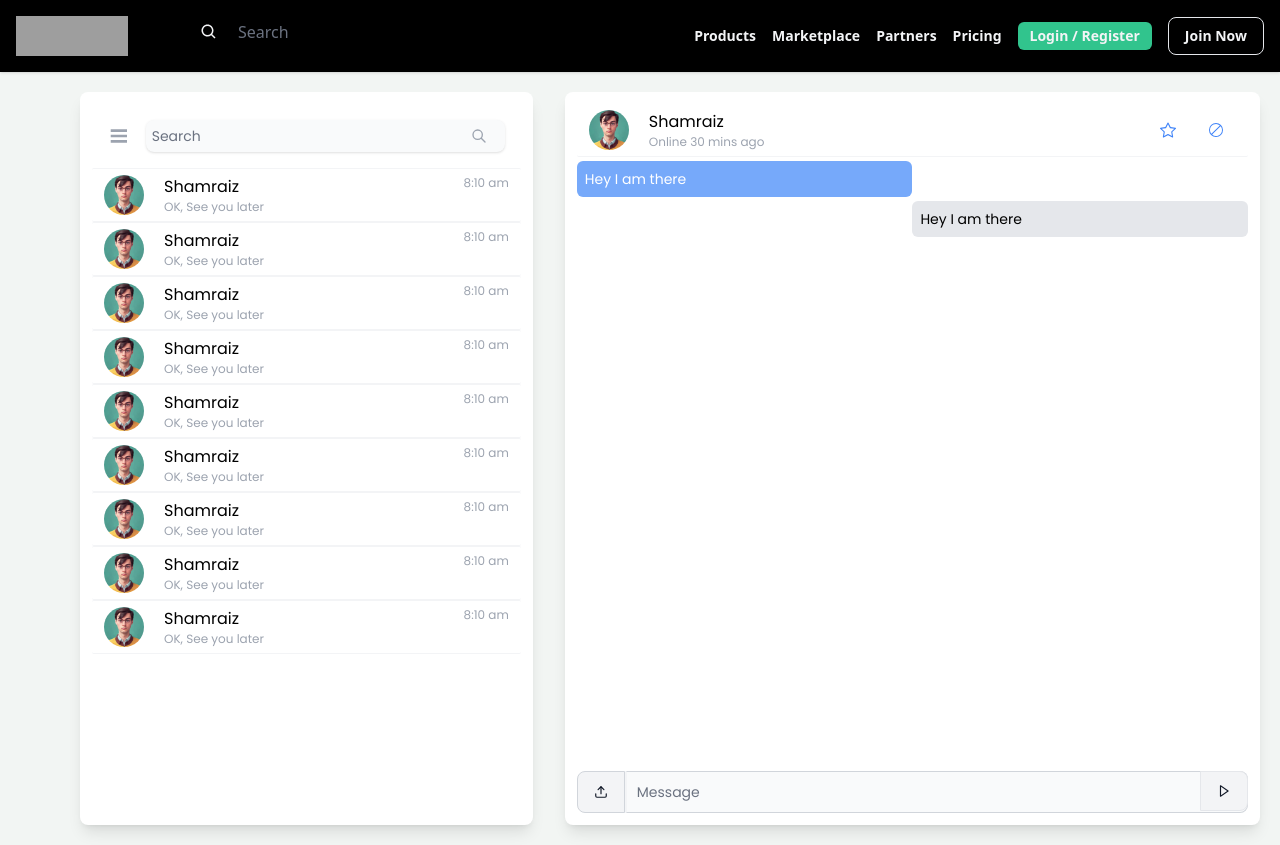
Repository: Shamraiz761/Frontend-Assessment
Page: /chat
These files come from the project's save history. The page is drawn as it stood at one moment and after the next save; the edit follows.
The browser window is 1280 px wide. The pictures show the whole page.
Pictures or frames that could not be fetched are drawn as grey boxes. The project was rebuilt for these pictures with package versions that can differ from the ones it lists, and the page was loaded fresh each time. Also part of the build but not shown: vite.config.js, src/routes/index.css, src/routes/root.jsx, src/pages/orders/index.jsx, src/pages/submission/index.jsx, src/pages/admin/index.css, src/components/admin/card.jsx, src/components/admin/addCard.jsx and 4 more. Imported but missing from the stored project, and not drawn on this page: src/pages/auth/login, src/pages/tasks, src/routes/profileLayout.

Above is the page before, as saved 2023-07-06 14:05:03.

### src/main.jsx
import ReactDOM from 'react-dom/client'

import React from 'react'

import App from './App.jsx'
import './index.css'

ReactDOM.createRoot(document.getElementById('root')).render(
  <React.StrictMode>
    <App />
  </React.StrictMode>,
)

### src/App.jsx
import React from 'react'
import { DndProvider } from 'react-dnd'
import { HTML5Backend } from 'react-dnd-html5-backend'
import 'flowbite'

import AppRoutes from './routes'

export default function App() {
  return (
    <DndProvider backend={HTML5Backend}>
      <AppRoutes />
    </DndProvider>
  )
}

### src/index.css
@import url("https://fonts.googleapis.com/css2?family=Poppins:wght@400;500;600;700;800;900&display=swap");

@tailwind base;
@tailwind components;
@tailwind utilities;

* {
  margin: 0;
  padding: 0;
}

body {
  margin: 0;
  font-family: "Poppins", -apple-system, BlinkMacSystemFont, "Segoe UI",
    "Roboto", "Oxygen", "Ubuntu", "Cantarell", "Fira Sans", "Droid Sans",
    "Helvetica Neue", sans-serif;
  -webkit-font-smoothing: antialiased;
  -moz-osx-font-smoothing: grayscale;
  width: 100vw;
  overflow-x: hidden;
  background-color: #f2f5f3;
  /* background: linear-gradient(180deg, #faefe8 0%, #edc7ac 100%); */
}

code {
  font-family: source-code-pro, Menlo, Monaco, Consolas, "Courier New",
    monospace;
}

.pointer-cursor {
  cursor: pointer;
}

.cusBorder {
  border: 1px solid #000;
  border-radius: 5px;
}

img {
  cursor: pointer;
}
.errors {
  color: #dc3545;
  padding: 0;
  margin: 0;
  font-size: 12px;
}
.loader {
  position: fixed;
  top: 0;
  bottom: 0;
  left: 0;
  right: 0;
  background-color: rgba(47, 151, 161, 0.32);

  display: flex;
  justify-content: center;
  align-items: center;
}

.link {
  color: #000;
  cursor: pointer;
  text-decoration: none;
}
.link:hover {
  color: #000;
}

.trans-btn {
  background-color: transparent;
  border: none;
}
.profile-logout-btn {
  border: 0;
}
.profile-logout-btn:hover {
  border: 0;
}
.profile-btn {
  border-radius: 0;
  border: 0;
}
.logout-btn {
  border-radius: 0;
  border: 0;
}
.logout-btn:hover {
  background-color: rgba(220, 53, 69, 0.5);
  border: 0;
  color: #fff;
}
.breadcrumbs ul {
  list-style: none;
  display: inline-block;
}

.breadcrumbs ul li {
  display: inline;
}

.breadcrumbs ul li .bc-link {
  /* display: block; */
  width: max-content;
  background-color: #f8f9fa;
  padding: 6px 15px 6px 25px;
  text-align: center;
  position: relative;
  margin: 0 10px 0 0;
  font-size: 15px;
  text-decoration: none;
  color: #000;
}
.breadcrumbs ul li .bc-link::after {
  content: "";
  border-top: 17px solid transparent;
  border-bottom: 17px solid transparent;
  border-left: 17px solid #f8f9fa;
  position: absolute;
  top: 0;
  right: -17px;
  z-index: 1;
}
.breadcrumbs ul li .bc-link::before {
  content: "";
  border-top: 17px solid transparent;
  border-bottom: 17px solid transparent;
  border-left: 17px solid #71cdd5;
  position: absolute;
  top: 0;
  left: 0;
}
.breadcrumbs ul li:first-child .bc-link {
  border-top-left-radius: 5px;
  border-bottom-left-radius: 5px;
}
.breadcrumbs ul li:first-child .bc-link::before {
  display: none;
}

.breadcrumbs ul li:last-child .bc-link {
  padding-right: 20px;
  border-top-right-radius: 5px;
  border-bottom-right-radius: 5px;
}
.breadcrumbs ul li:last-child .bc-link::after {
  display: none;
}

@media screen and (max-width: 500px) {
  .breadcrumbs ul li .bc-link {
    /* display: block; */
    padding: 2px 2px 2px 13px;
    /* margin: 0 10px 0 0; */
    font-size: 14px;
  }

  .breadcrumbs ul li .bc-link::after {
    content: "";
    border-top: 11.6px solid transparent;
    border-bottom: 11.6px solid transparent;
    border-left: 11.6px solid #f8f9fa;
    position: absolute;
    top: 0;
    right: -11.6px;
    z-index: 1;
  }
  .breadcrumbs ul li .bc-link::before {
    content: "";
    border-top: 11.6px solid transparent;
    border-bottom: 11.6px solid transparent;
    border-left: 11.6px solid #71cdd5;
    position: absolute;
    top: 0;
    left: 0;
  }
  .breadcrumbs ul li:last-child .bc-link {
    padding-right: 5px;
  }
}

@media screen and (max-width: 350px) {
  .breadcrumbs ul li .bc-link {
    /* display: block; */
    padding: 2px 2px 2px 12px;
    /* margin: 0 10px 0 0; */
    font-size: 10px;
  }

  .breadcrumbs ul li .bc-link::after {
    content: "";
    border-top: 9px solid transparent;
    border-bottom: 9px solid transparent;
    border-left: 9px solid #f8f9fa;
    position: absolute;
    top: 0;
    right: -9px;
    z-index: 1;
  }
  .breadcrumbs ul li .bc-link::before {
    content: "";
    border-top: 9px solid transparent;
    border-bottom: 9px solid transparent;
    border-left: 9px solid #edc7ac;
    position: absolute;
    top: 0;
    left: 0;
  }
  .breadcrumbs ul li:last-child .bc-link {
    padding-right: 5px;
  }
}

/* ********************************************** */

### src/routes/index.jsx
import {
  createBrowserRouter,
  createRoutesFromElements,
  RouterProvider,
  Route,
} from "react-router-dom";

import * as React from "react";

import Layout from "./layout";
import Root from "./root";

import Login from "../pages/auth/login";
import Chat from "../pages/chat";
import UserChat from "../components/chat/userChat";
import ProfileLayout from "./profileLayout";
import Tasks from "../pages/tasks";
import Orders from "../pages/orders";
import Submission from "../pages/submission";
import Admin from "../pages/admin";
import MarketPlace from "../pages/marketplace";
import View from "../pages/view";

export default function AppRoutes() {
  const router = createBrowserRouter(
    createRoutesFromElements(
      <Route>
        <Route path="/login" element={<Login />} />

        <Route element={<Layout />}>
          <Route path="/chat" element={<Chat />}>
            <Route path="userchat" element={<UserChat />} />
          </Route>
          <Route path="/marketplace" element={<MarketPlace />} />
          <Route path="/view" element={<View />} />

          <Route path={"/"} element={<ProfileLayout />}>
            {/* Add Task order payment submit route here */}
            <Route path="/admin" element={<Admin />} />
            <Route path="/" element={<Tasks />} />
            <Route path="/orders" element={<Orders />} />
            <Route path="/tasks" element={<Tasks />} />
            <Route path="/submission" element={<Submission />} />
          </Route>
        </Route>
      </Route>
    )
  );

  return <RouterProvider router={router} />;
}

### src/routes/layout.jsx
import { Link, Outlet, useLocation, useNavigate } from "react-router-dom";
import { Gi3DGlasses } from "react-icons/gi";
import { CgProfile } from "react-icons/cg";
import { BsArrowLeft, BsFillChatSquareTextFill } from "react-icons/bs";
import { MdOutlineDashboard, MdOutlineCastForEducation } from "react-icons/md";
import "./index.css";

import React, { useState } from "react";
import Header from "../components/header/index";

export default function Layout() {
  const [open, setOpen] = useState(false);
  const [type, setType] = useState(false);
  const navigate = useNavigate();

  const { pathname } = useLocation();

  const sc =
    "rounded-md text-xs flex items-center gap-x-4 cursor-pointer bg-gray-50 text-blue-500 py-4 p-2";
  const uc =
    "rounded-md text-gray-500  text-xs flex items-center gap-x-4 cursor-pointer hover:bg-gray-50 hover:text-blue-500 py-4 p-2";

  return (
    <div>
      <Header />

      <div className={`${open ? "ml-56" : "ml-[60px]"}`}>
        <Outlet />
      </div>
    </div>
  );
}

### src/pages/chat/index.jsx
import { VscThreeBars } from "react-icons/vsc";

import React from "react";

import UserChat from "../../components/chat/userChat";
import ChatsCard from "../../components/chat/chatsCard";

function Chat() {
  return (
    <div className="m-5 grid grid-cols-1 md:grid-cols-5  gap-8 flex-wrap">
      <div className="col-span-1 md:col-span-2 p-3 bg-white rounded-lg shadow-lg min-h-screen">
        <form className="m-4">
          <div className="flex items-center">
            <VscThreeBars className=" mr-4   rounded-lg text-gray-400 cursor-pointer text-2xl" />
            <div className="relative w-full  ">
              <input
                type="search"
                id='location-search"'
                className=" p-1.5 w-full focus:ring-gray-300  z-20 text-sm text-gray-200 bg-gray-50 shadow rounded-lg"
                placeholder="Search"
                required
                style={{ border: "none", outline: "none" }}
              />

              <button
                type="submit"
                className="absolute top-0 right-0 p-1.5 text-sm font-medium text-gray-400  rounded-r-lg   "
              >
                <svg
                  aria-hidden="true"
                  className="w-4 h-4 mr-3 mt-0.5"
                  fill="none"
                  stroke="currentColor"
                  viewBox="0 0 24 24"
                  xmlns="http://www.w3.org/2000/svg"
                >
                  <path
                    strokeLinecap="round"
                    strokeLinejoin="round"
                    strokeWidth={2}
                    d="M21 21l-6-6m2-5a7 7 0 11-14 0 7 7 0 0114 0z"
                  />
                </svg>
                <span className="sr-only">Search</span>
              </button>
            </div>
          </div>
        </form>
        <ChatsCard />
        <ChatsCard />
        <ChatsCard />
        <ChatsCard />
        <ChatsCard />
        <ChatsCard />
        <ChatsCard />
        <ChatsCard />
        <ChatsCard />
      </div>

      <UserChat />
    </div>
  );
}

export default Chat;

### src/components/chat/userChat.jsx
import { VscCircleSlash } from "react-icons/vsc";
import { BsStar } from "react-icons/bs";
import { FiUpload } from "react-icons/fi";
import { BiRightArrow } from "react-icons/bi";

import React from "react";

import Profile from "../../assets/images/profilePic.jpg";

function UserChat() {
  return (
    <div className="col-span-1 md:col-span-3 p-3  bg-white rounded-lg shadow-lg overflow-y">
      {" "}
      <div className="flex flex-row  px-3 py-1.5  border-b border-gray-100 rounded-sm ">
        <img src={Profile} className="h-10 w-10 rounded-full" />
        <div className="ml-5 flex flex-row justify-between w-full ">
          <div>
            {" "}
            <h1>Shamraiz</h1>{" "}
            <p className="text-xs font-thin text-gray-400">
              Online 30 mins ago
            </p>
          </div>
          <div className="flex flex-row items-center">
            <BsStar className="text-blue-500 mr-8" />
            <VscCircleSlash className="text-blue-500 mr-3" />
          </div>
        </div>
      </div>
      <div className="chats ">
        <p className="text-sm bg-blue-400 rounded-md my-1 p-2 text-white flex flex-col  justify-end w-1/2">
          Hey I am there
        </p>

        <p className="text-sm bg-gray-200 rounded-md p-2  flex flex-col float-right justify-end w-1/2">
          Hey I am there
        </p>
      </div>
      <div
        className="flex flex-col w-full  justify-end "
        style={{ height: "80vh" }}
      >
        <form className=" ">
          <div className="flex">
            <button
              id="dropdown-button"
              data-dropdown-toggle="dropdown"
              className="flex-shrink-0 z-10 inline-flex items-center py-2.5 px-4 text-sm font-medium text-center text-gray-900 bg-gray-100 border border-gray-300 dark:border-gray-700 dark:text-white rounded-l-lg hover:bg-gray-200  focus:outline-none "
              type="button"
            >
              <FiUpload />
            </button>
            <div
              id="dropdown"
              className="z-10 hidden bg-white divide-y divide-gray-100 rounded-lg shadow w-44 dark:bg-gray-700"
            >
              <ul
                className="py-2 text-sm text-gray-700 dark:text-gray-200"
                aria-labelledby="dropdown-button"
              >
                <li>
                  <a
                    href="#"
                    className="block px-4 py-2 hover:bg-gray-100 dark:hover:bg-gray-600 dark:hover:text-white"
                  >
                    Photo
                  </a>
                </li>
                <li>
                  <a
                    href="#"
                    className="block px-4 py-2 hover:bg-gray-100 dark:hover:bg-gray-600 dark:hover:text-white"
                  >
                    Vedio
                  </a>
                </li>
                <li>
                  <a
                    href="#"
                    className="block px-4 py-2 hover:bg-gray-100 dark:hover:bg-gray-600 dark:hover:text-white"
                  >
                    Document
                  </a>
                </li>
                <li>
                  <a
                    href="#"
                    className="block px-4 py-2 hover:bg-gray-100 dark:hover:bg-gray-600 dark:hover:text-white"
                  >
                    Finance
                  </a>
                </li>
              </ul>
            </div>
            <div className="relative w-full">
              <input
                type="search"
                id="search-dropdown"
                className="block p-2.5 w-full z-20 text-sm text-gray-900 bg-gray-50 rounded-r-lg border-l-gray-100 border-l-2 border border-gray-300 focus:ring-blue-500 focus:border-blue-500 dark:bg-gray-700 dark:border-gray-600 dark:placeholder-gray-400 dark:text-white dark:focus:border-blue-500"
                placeholder="Message"
              />
              <button
                type="submit"
                className="absolute top-0 right-0 z-10 py-3 px-4 text-sm font-medium text-gray-900 bg-gray-100 rounded-r-lg border "
              >
                <BiRightArrow />
              </button>
            </div>
          </div>
        </form>
      </div>
    </div>
  );
}

export default UserChat;

### src/components/header/index.jsx
import { IoIosNotifications } from "react-icons/io";
import { Dropdown } from "flowbite-react";
import { BiSearch } from "react-icons/bi";

import React from "react";
import { Link } from "react-router-dom";

function Header() {
  const [notification, setNotification] = React.useState(false);
  const [profile, setProfile] = React.useState(false);

  return (
    <div>
      {/* component */}

      <div class="bg-gray-100 font-sans w-full  m-0">
        <div class="bg-black text-gray-100 shadow">
          <div class="container mx-auto px-4">
            <div class="flex items-center justify-between py-4">
              <div className="flex flex-row justify-between">
                <img
                  src="https://envoycan.com/wp-content/uploads/2023/06/Asset-31@4x-e1686576126889.png"
                  class="w-28 h-10 text-white mr-16"
                />

                <div className="hidden sm:block flex-shrink flex-grow-0 justify-start px-2">
                  <div className="inline-block">
                    <div className="flex flex-row items-center max-w-full">
                      <BiSearch className="mr-2 text-gray-100 text-lg" />
                      <input
                        className="flex items-center bg-black text-gray-100 justify-between  flex-grow-0  relative w-72 border-none  py-1"
                        type="search"
                        placeholder="Search"
                      />

                      <div className="flex items-center justify-center relative  h-8 w-24 rounded-full"></div>
                    </div>
                  </div>
                </div>
              </div>

              <div className="flex flex-row">
                <div class="hidden sm:flex sm:items-center mr-4">
                  <a
                    href="#"
                    class="text-gray-100 text-sm font-semibold hover:text-purple-600 mr-4"
                  >
                    Products
                  </a>
                  <a
                    href="#"
                    class="text-gray-100 text-sm font-semibold hover:text-purple-600 mr-4"
                  >
                    Marketplace
                  </a>
                  <a
                    href="#"
                    class="text-gray-100 text-sm font-semibold hover:text-purple-600 mr-4"
                  >
                    Partners
                  </a>
                  <a
                    href="#"
                    class="text-gray-100 text-sm font-semibold hover:text-purple-600"
                  >
                    Pricing
                  </a>
                </div>

                <div class="hidden sm:flex sm:items-center">
                  <a
                    href="#"
                    class="text-gray-100 bg-green-400 rounded-md px-3 py-1 text-sm font-semibold hover:text-purple-600 mr-4"
                  >
                    Login / Register
                  </a>
                  <a
                    href="#"
                    class="text-gray-100 text-sm font-semibold border px-4 py-2 rounded-lg hover:text-purple-600 hover:border-purple-600"
                  >
                    Join Now
                  </a>
                </div>
              </div>
              <div class="sm:hidden cursor-pointer">
                <svg
                  xmlns="http://www.w3.org/2000/svg"
                  class="w-6 h-6 text-purple-600"
                  viewBox="0 0 24 24"
                >
                  <path
                    fill="currentColor"
                    d="M12.9499909,17 C12.7183558,18.1411202 11.709479,19 10.5,19 C9.29052104,19 8.28164422,18.1411202 8.05000906,17 L3.5,17 C3.22385763,17 3,16.7761424 3,16.5 C3,16.2238576 3.22385763,16 3.5,16 L8.05000906,16 C8.28164422,14.8588798 9.29052104,14 10.5,14 C11.709479,14 12.7183558,14.8588798 12.9499909,16 L20.5,16 C20.7761424,16 21,16.2238576 21,16.5 C21,16.7761424 20.7761424,17 20.5,17 L12.9499909,17 Z M18.9499909,12 C18.7183558,13.1411202 17.709479,14 16.5,14 C15.290521,14 14.2816442,13.1411202 14.0500091,12 L3.5,12 C3.22385763,12 3,11.7761424 3,11.5 C3,11.2238576 3.22385763,11 3.5,11 L14.0500091,11 C14.2816442,9.85887984 15.290521,9 16.5,9 C17.709479,9 18.7183558,9.85887984 18.9499909,11 L20.5,11 C20.7761424,11 21,11.2238576 21,11.5 C21,11.7761424 20.7761424,12 20.5,12 L18.9499909,12 Z M9.94999094,7 C9.71835578,8.14112016 8.70947896,9 7.5,9 C6.29052104,9 5.28164422,8.14112016 5.05000906,7 L3.5,7 C3.22385763,7 3,6.77614237 3,6.5 C3,6.22385763 3.22385763,6 3.5,6 L5.05000906,6 C5.28164422,4.85887984 6.29052104,4 7.5,4 C8.70947896,4 9.71835578,4.85887984 9.94999094,6 L20.5,6 C20.7761424,6 21,6.22385763 21,6.5 C21,6.77614237 20.7761424,7 20.5,7 L9.94999094,7 Z M7.5,8 C8.32842712,8 9,7.32842712 9,6.5 C9,5.67157288 8.32842712,5 7.5,5 C6.67157288,5 6,5.67157288 6,6.5 C6,7.32842712 6.67157288,8 7.5,8 Z M16.5,13 C17.3284271,13 18,12.3284271 18,11.5 C18,10.6715729 17.3284271,10 16.5,10 C15.6715729,10 15,10.6715729 15,11.5 C15,12.3284271 15.6715729,13 16.5,13 Z M10.5,18 C11.3284271,18 12,17.3284271 12,16.5 C12,15.6715729 11.3284271,15 10.5,15 C9.67157288,15 9,15.6715729 9,16.5 C9,17.3284271 9.67157288,18 10.5,18 Z"
                  />
                </svg>
              </div>
            </div>

            <div class="block sm:hidden bg-black border-t-2 py-2">
              <div class="flex flex-col">
                <a
                  href="#"
                  class="text-gray-100 text-sm font-semibold hover:text-purple-600 mb-1"
                >
                  Products
                </a>
                <a
                  href="#"
                  class="text-gray-100 text-sm font-semibold hover:text-purple-600 mb-1"
                >
                  Marketplace
                </a>
                <a
                  href="#"
                  class="text-gray-100 text-sm font-semibold hover:text-purple-600 mb-1"
                >
                  Partners
                </a>
                <a
                  href="#"
                  class="text-gray-100 text-sm font-semibold hover:text-purple-600 mb-1"
                >
                  Pricing
                </a>
                <div class="flex justify-between items-center border-t-2 pt-2">
                  <a
                    href="#"
                    class="text-gray-100 text-sm font-semibold hover:text-purple-600 mr-4"
                  >
                    Sign in
                  </a>
                  <a
                    href="#"
                    class="text-gray-100 text-sm font-semibold border px-4 py-1 rounded-lg hover:text-purple-600 hover:border-purple-600"
                  >
                    Sign up
                  </a>
                </div>
              </div>
            </div>
          </div>
        </div>
      </div>
    </div>
  );
}

export default Header;

### src/components/chat/chatsCard.jsx
import React from "react";

import Profile from "../../assets/images/profilePic.jpg";

function ChatsCard() {
  return (
    <div className="flex flex-row px-3 py-1.5  border-y border-gray-100 rounded-sm hover:bg-blue-200">
      <img src={Profile} className="h-10 w-10 rounded-full" />
      <div className="ml-5 flex flex-row justify-between w-full ">
        <div>
          {" "}
          <h1>Shamraiz</h1>{" "}
          <p className="text-xs font-thin text-gray-400">OK, See you later</p>
        </div>
        <p className="text-xs font-thin text-gray-400">8:10 am</p>
      </div>
    </div>
  );
}

export default ChatsCard;

### tailwind.config.cjs
const colors = require('tailwindcss/colors');
const defaultTheme = require('tailwindcss/defaultTheme');

module.exports = {
  content: ['./src/**/*.{js,jsx,ts,tsx}', "node_modules/flowbite/**/*.js"],
  theme: {
    extend: {
      colors: {
        // set primary color from figma
        // primary: {
        // },
      },
      fontFamily: {
        poppins: ['Poppins', ...defaultTheme.fontFamily.sans],
      },
      fontSize: {
        xxs: '0.5rem',
      },
    },
  },
  plugins: [
    require('flowbite/plugin')
  ],

};

Loaded but not shown: index.html (common file)

After the next save:
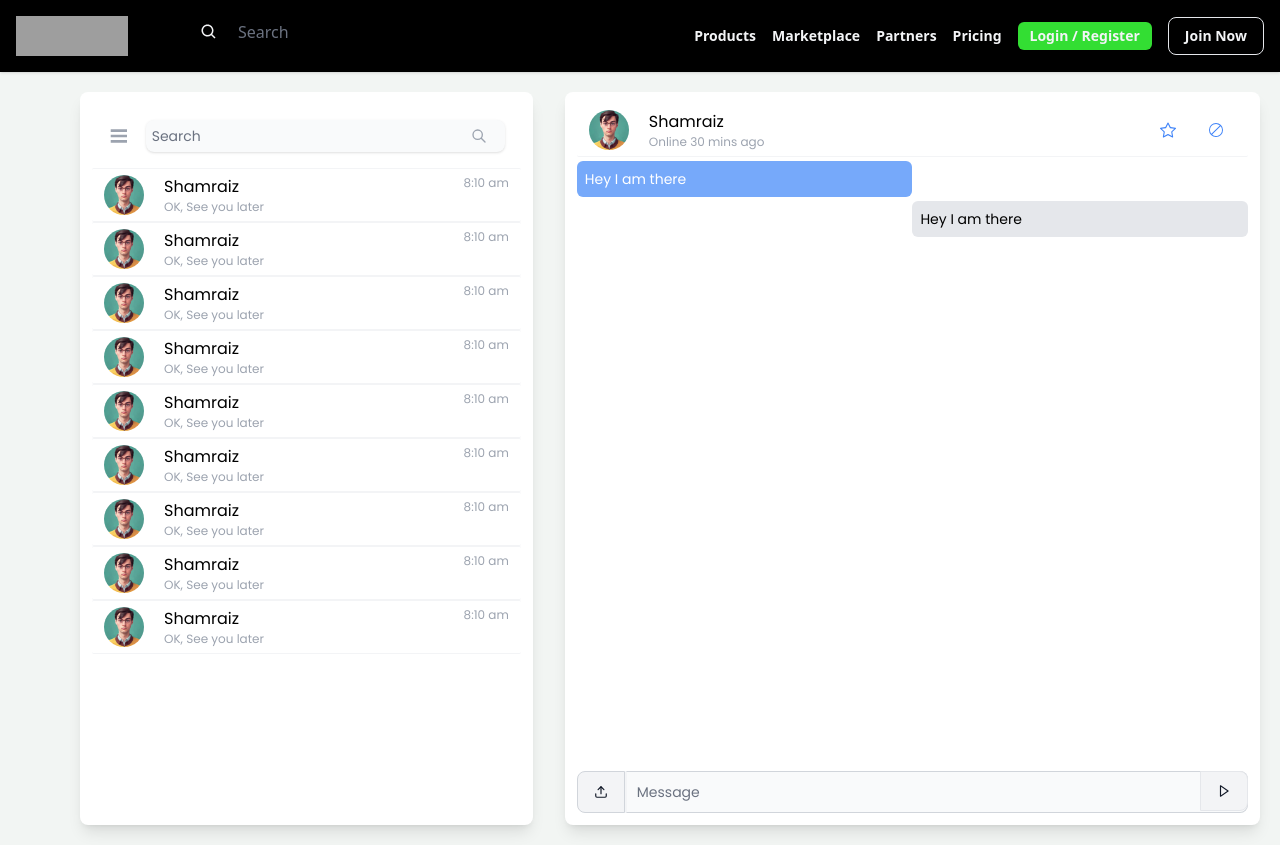
Saved 52 s later.
--- a/src/components/header/index.jsx
+++ b/src/components/header/index.jsx
@@ -70,7 +70,7 @@ function Header() {
                 <div class="hidden sm:flex sm:items-center">
                   <a
                     href="#"
-                    class="text-gray-100 bg-green-400 rounded-md px-3 py-1 text-sm font-semibold hover:text-purple-600 mr-4"
+                    class="text-gray-100 bg-[#33de33] rounded-md px-3 py-1 text-sm font-semibold hover:text-purple-600 mr-4"
                   >
                     Login / Register
                   </a>
